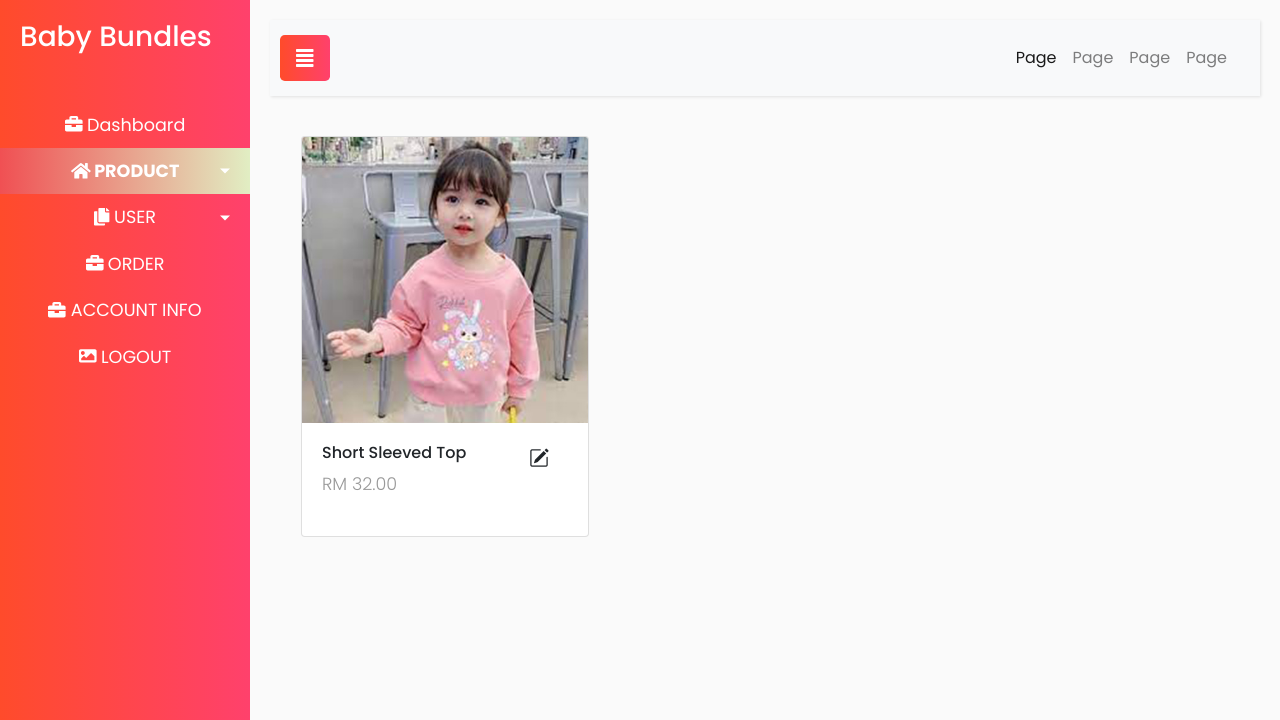
Repository: jiahow99/Baby-Bundles-University
Page: http://localhost/admin.php
These files come from the project's save history. The page is drawn as it stood at one moment and after the next save; the edit follows.
The browser window is 1280 px wide. The pictures show the whole page.
Some web libraries are served in a nearby version. The page is run by PHP 8.4 with error messages shown; the project is at /var/www/html/.

Above is the page before, as saved 2022-11-24 17:31:43.

After the next save:
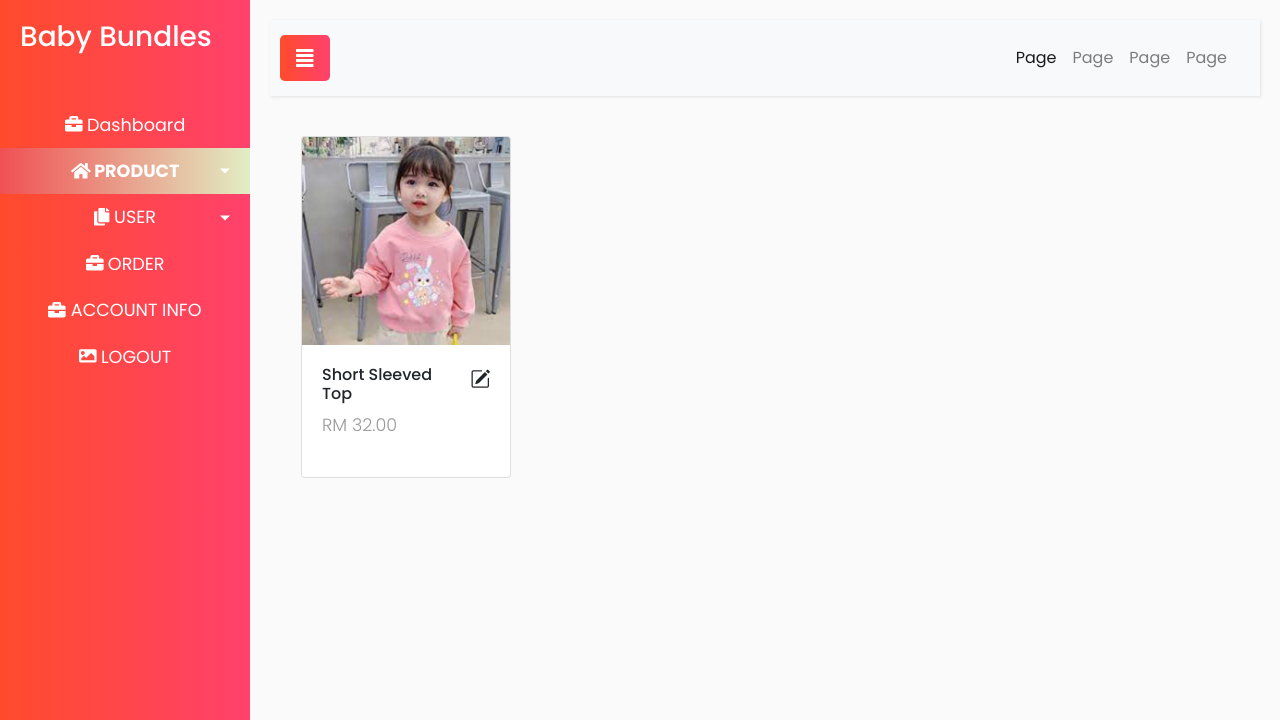
Saved 8 s later.
--- a/admin.php
+++ b/admin.php
@@ -137,7 +137,7 @@
             <div class="row mx-3">
                 <div class="col-3">
                     <!-- Product card -->
-                    <a href="#" class="card" style="width: 18rem;">
+                    <a href="#" class="card" >
                         <img class="card-img-top" src="img/top/top01.jpg" >
                         <div class="card-body">
                             <div class="row">
